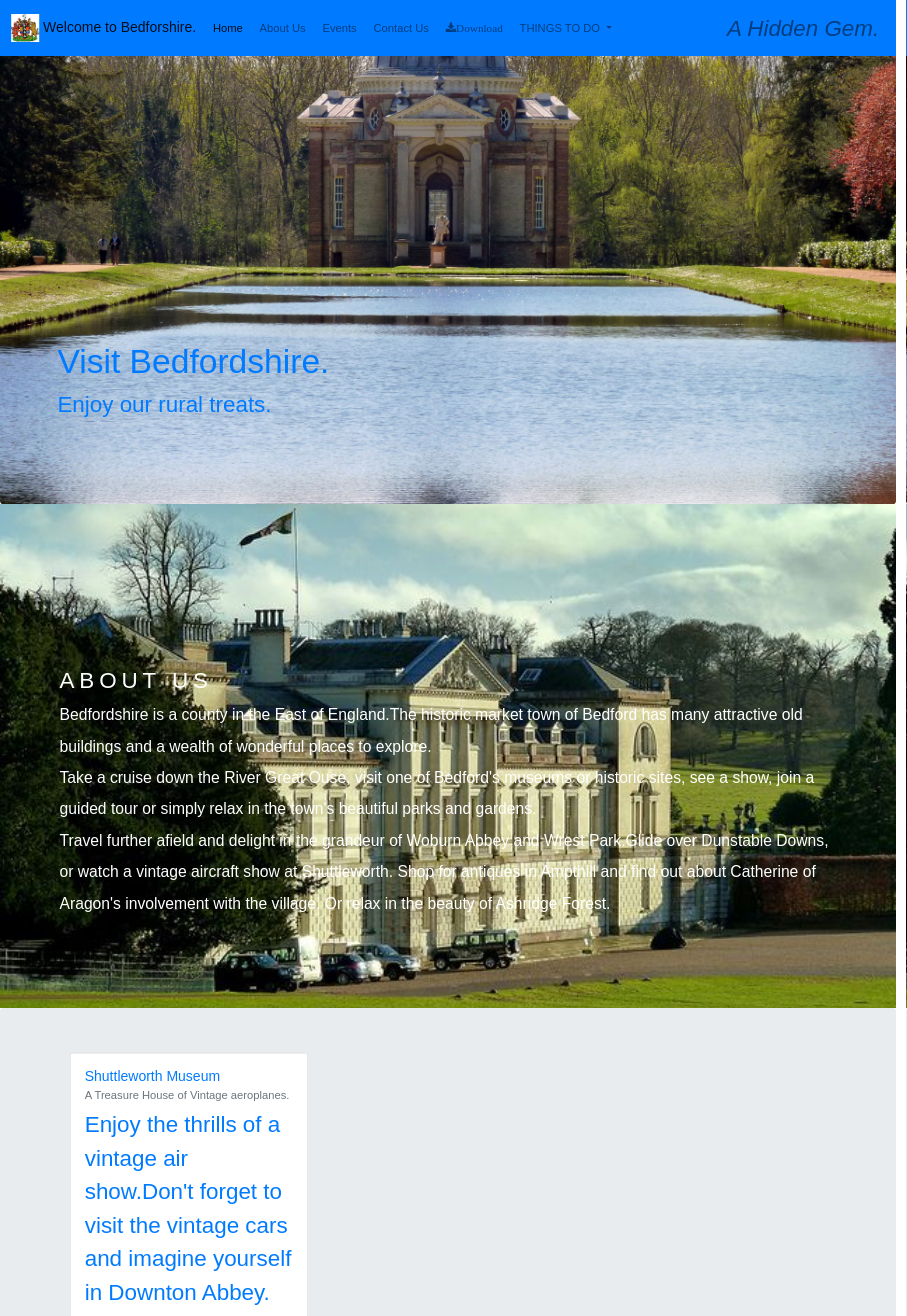
Repository: margaretalice/wrest
Page: index.html
The author's editor kept a record of every edit. The page is drawn from the files as they stood at one moment, then again after the next edit.
The browser window is 1280 px wide. The page is 1295 px wide, so the pictures cover 1295 px, including what lies to the right of the window. The pictures show the part of the page from y = 0 to 1880 px (the page is 5794 px tall), at 70% of full size.
Backgrounds fixed to the window are drawn as part of the page.

Above is the page before.

After the next edit:
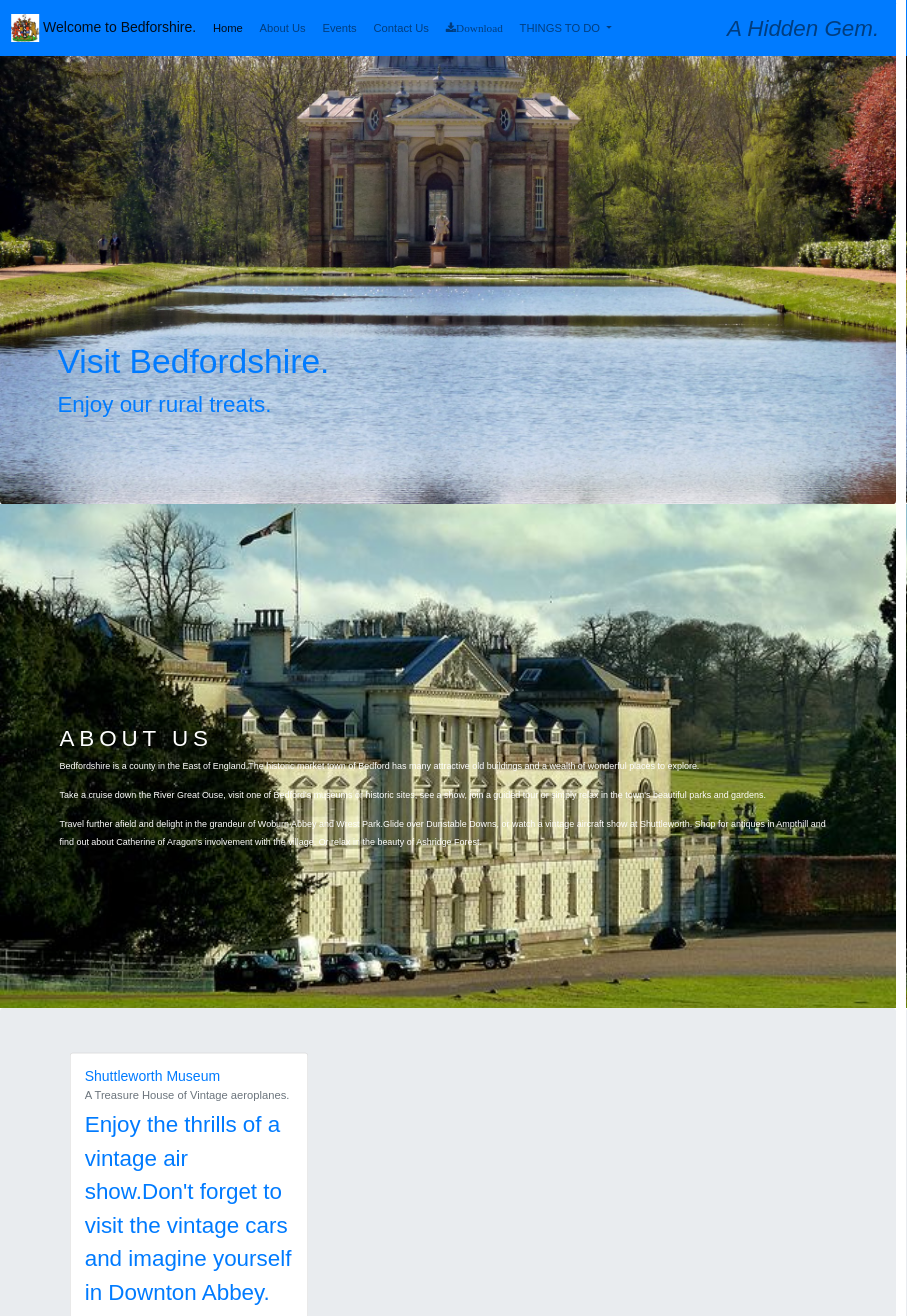
The edit:
--- a/assets/css/style.css
+++ b/assets/css/style.css
@@ -96,7 +96,7 @@
 
 
 
-.about-row .about-p {
+.about-row {
 
     font-size: .8em;
 
